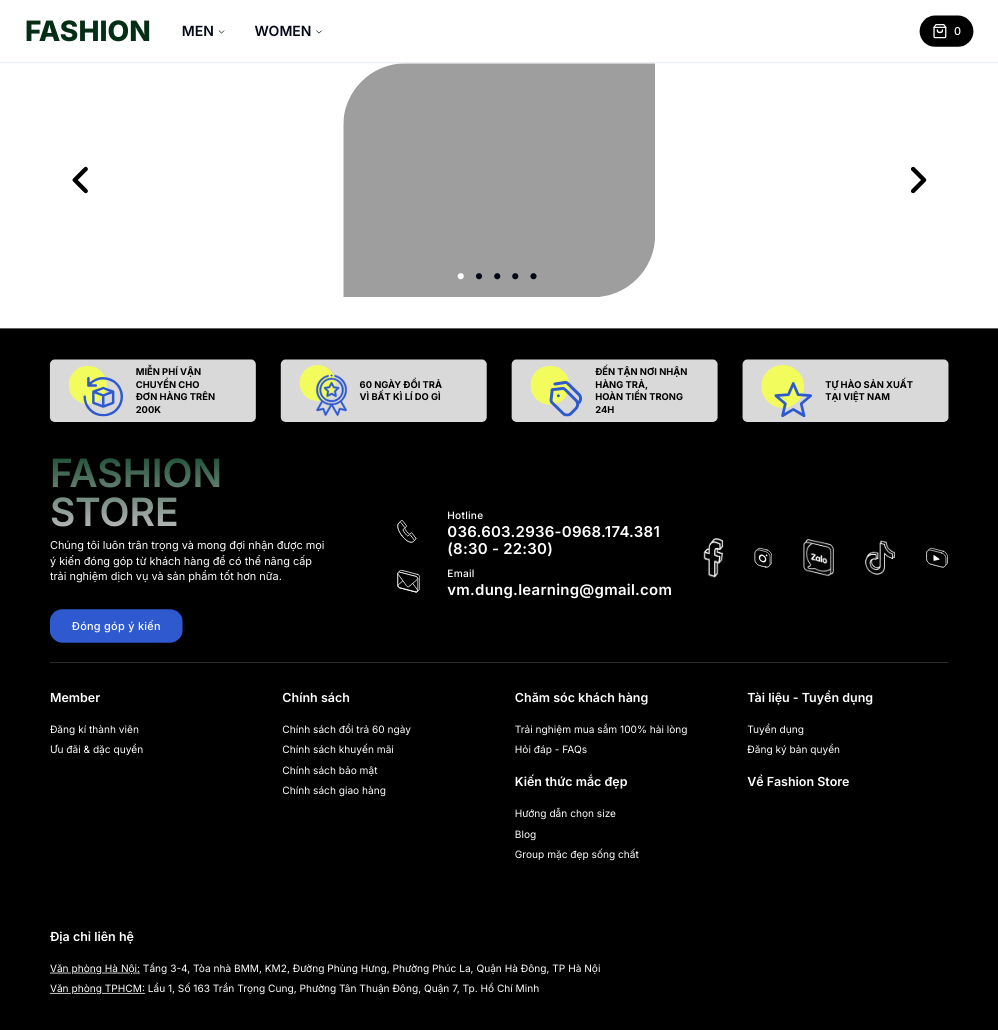
Repository: SaDaNdLoNeLy/clotheswebsite
Page: /
The author's editor kept a copy of each file at every save. The page is drawn from the files as they stood at one save, then again after the next save.
The browser window is 1280 px wide. The pictures show the whole page, at 78% of full size.
Pictures or frames that could not be fetched are drawn as grey boxes. The page's requests for data from a server got no answer. The project was rebuilt for these pictures with package versions that can differ from the ones it lists, and the page was loaded fresh each time. The framework's server and built-in components were replaced by stand-ins that run in the browser. No one was signed in, and anything a server would have sent is missing. Also part of the build but not shown: next.config.js.

Above is the page before, as saved 2023-08-21 15:44:06.

After the next save:
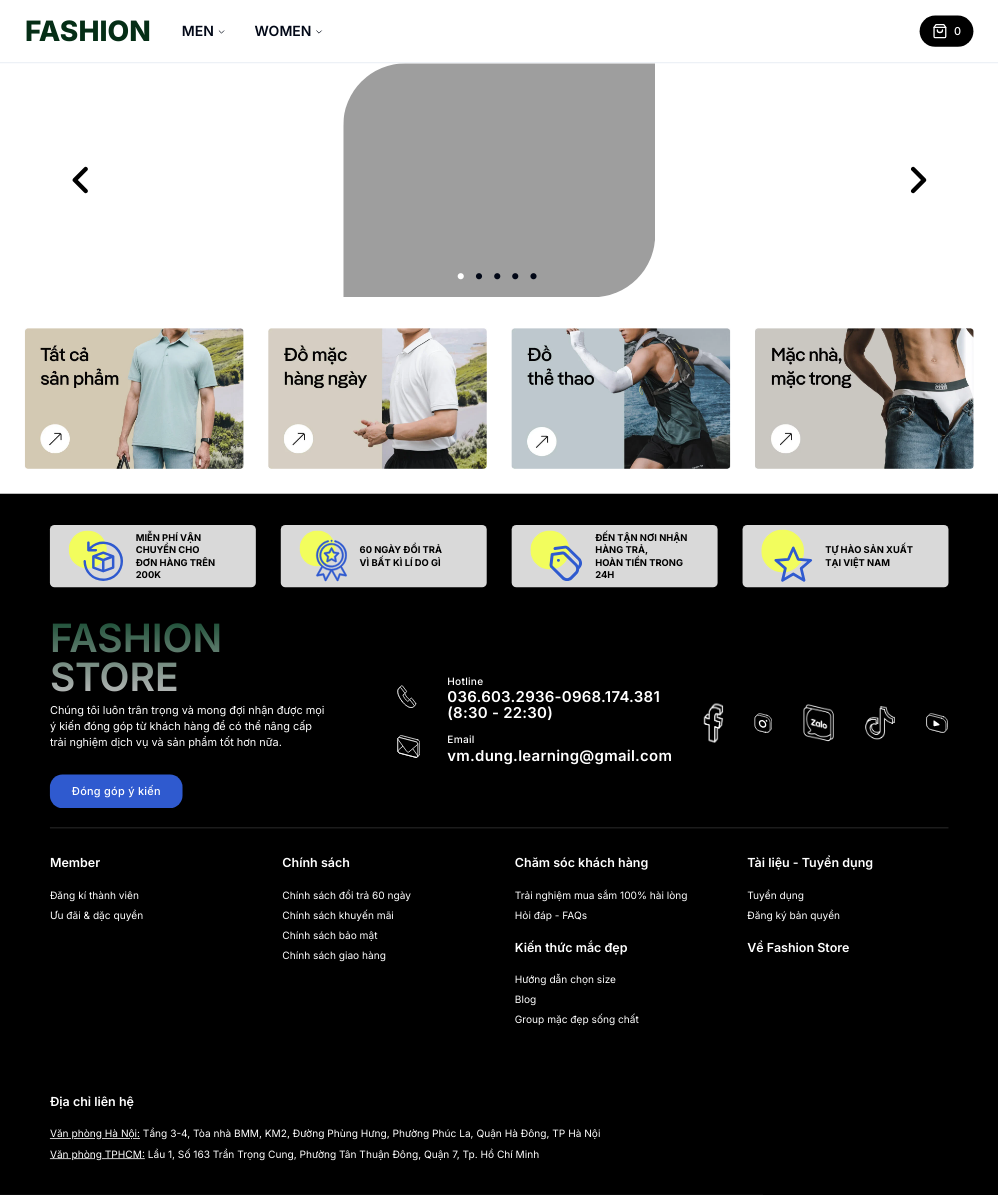
Saved 15 s later.
--- a/src/app/(home)/components/HomeClient.tsx
+++ b/src/app/(home)/components/HomeClient.tsx
@@ -1,4 +1,5 @@
 import BannerSlide from "@/components/bannerslide";
+import Collection from "@/components/collection";
 import Container from "@/components/container";
 
 const HomeClient = () => {
@@ -6,6 +7,7 @@ const HomeClient = () => {
     <Container>
       <div className="px-4 sm:px-6 lg:px-8">
         <BannerSlide />
+        <Collection />
       </div>
     </Container>
   );
